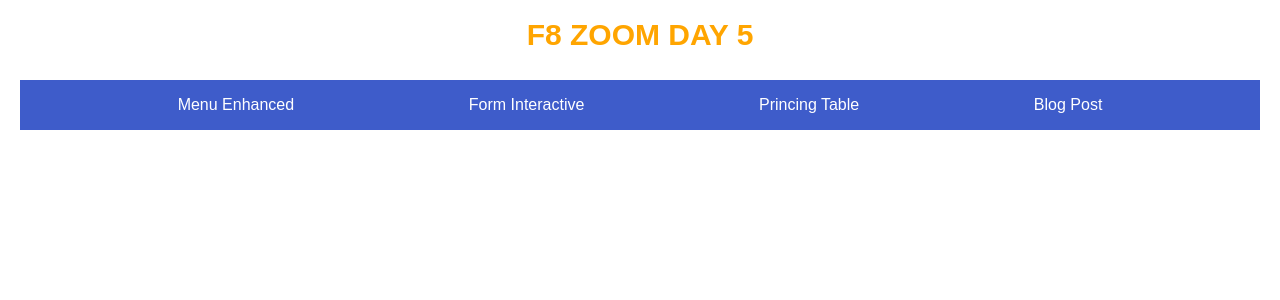
Repository: lannguyen1301/f8-zoom-day-5
Page: index.html
These files come from the project's save history. The page is drawn as it stood at one moment and after a run of saves; the edit follows.
The browser window is 1280 px wide. The pictures show the whole page.

Above is the page before, as saved 2025-04-21 18:38:58.

After the next 2 saves:
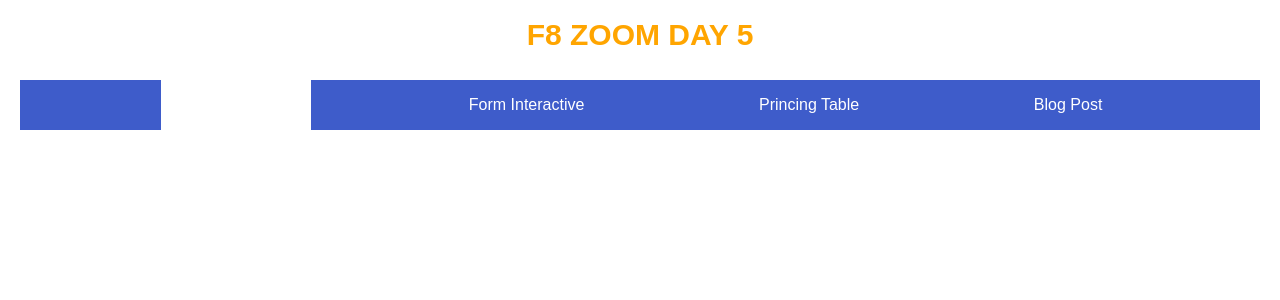
The 2 saves are shown as one change because they came seconds apart.
The last was saved 20 s later.
--- a/assets/css/style.css
+++ b/assets/css/style.css
@@ -47,7 +47,7 @@ a {
     font-weight: 500;
     font-size: 1.6rem;
 }
-
+.active,
 .navbar__list .navbar__item:hover > .navbar__link {
     background-color: #fff;
     color: #000;
